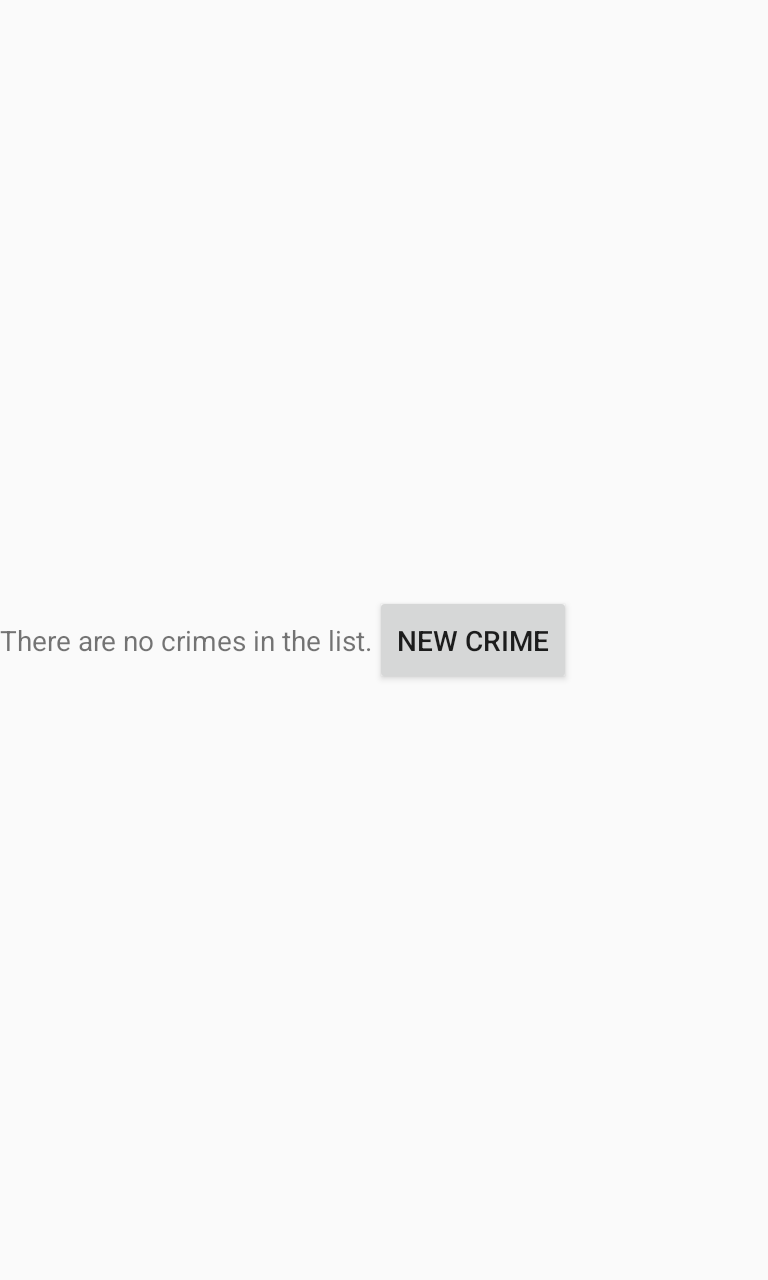
Repository: Jeedan/learning-android-apps
Layout: CriminalIntent/res/layout/fragment_list_empty.xml
An editor plug-in stored every save of this project. The layout is shown before and after the next save, followed by the edit.
It is drawn on a 768 x 1280 px phone screen (xhdpi) without system bars, with theme AppTheme; the app's code is not run. Lists and similar views that code fills are empty.

Above is the layout before, as saved 2014-10-23 10:12:58.

### CriminalIntent/res/layout/fragment_list_empty.xml
<?xml version="1.0" encoding="utf-8"?>
<FrameLayout xmlns:android="http://schemas.android.com/apk/res/android"
    android:id="@+id/fragmentEmptyContainer"
    android:layout_width="match_parent"
    android:layout_height="match_parent"
    >
   <ListView
      android:id="@android:id/list"
      android:layout_width="wrap_content"
      android:layout_height="wrap_content" />

   <LinearLayout
    android:layout_width="match_parent"
    android:layout_height="match_parent" >
    <TextView
        android:id="@android:id/empty"
        android:layout_width="wrap_content"
        android:layout_height="wrap_content"
        android:text="@string/empty_list"
        android:layout_gravity="center" />

    <Button
        android:id="@+id/add_crime_button"
        android:layout_width="wrap_content"
        android:layout_height="wrap_content"
        android:text="@string/new_crime"
        android:layout_gravity="center" />
   </LinearLayout>
</FrameLayout>

### CriminalIntent/res/values/strings.xml
<?xml version="1.0" encoding="utf-8"?>
<resources>

    <string name="app_name">CriminalIntent</string>
    <string name="action_settings">Settings</string>

    <!-- Crime Activity -->
    <string name="title_activity_crime">CrimeActivity</string>
    <string name="crime_title_hint">Enter a title for the crime</string>
    <string name="crime_title_label">Title</string>
    <string name="crime_details_label">Details</string>
    <string name="crime_solved_label">Solved?</string>
    <string name="crimes_title">Crimes</string>
    <string name="date_picker_title">Date of crime:</string>

    <string name="new_crime">New Crime</string>
    <string name="show_subtitle">Show Subtitle</string>
    <string name="hide_subtitle">Hide Subtitle</string>
    <string name="subtitle">If you see something, say something.</string>
    <string name="delete_crime">Delete</string>

    <string name="empty_list">There are no crimes in the list.</string>
</resources>

Loaded but not shown: CriminalIntent/res/values/styles.xml (common file); CriminalIntent/res/values-v11/styles.xml (common file); CriminalIntent/res/values-v14/styles.xml (common file)

After the next save:
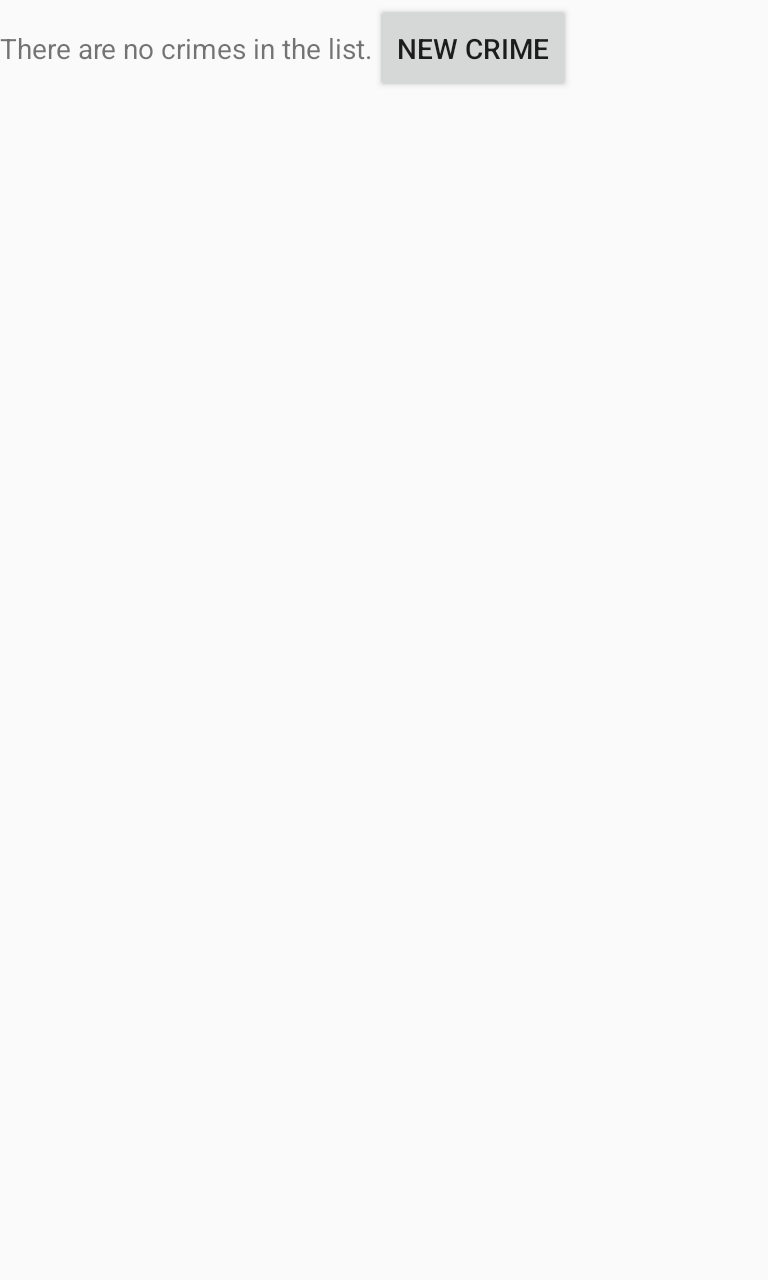
Saved 9 s later.
--- a/CriminalIntent/res/layout/fragment_list_empty.xml
+++ b/CriminalIntent/res/layout/fragment_list_empty.xml
@@ -10,8 +10,8 @@
       android:layout_height="wrap_content" />
 
    <LinearLayout
-    android:layout_width="match_parent"
-    android:layout_height="match_parent" >
+    android:layout_width="wrap_content"
+    android:layout_height="wrap_content" >
     <TextView
         android:id="@android:id/empty"
         android:layout_width="wrap_content"
